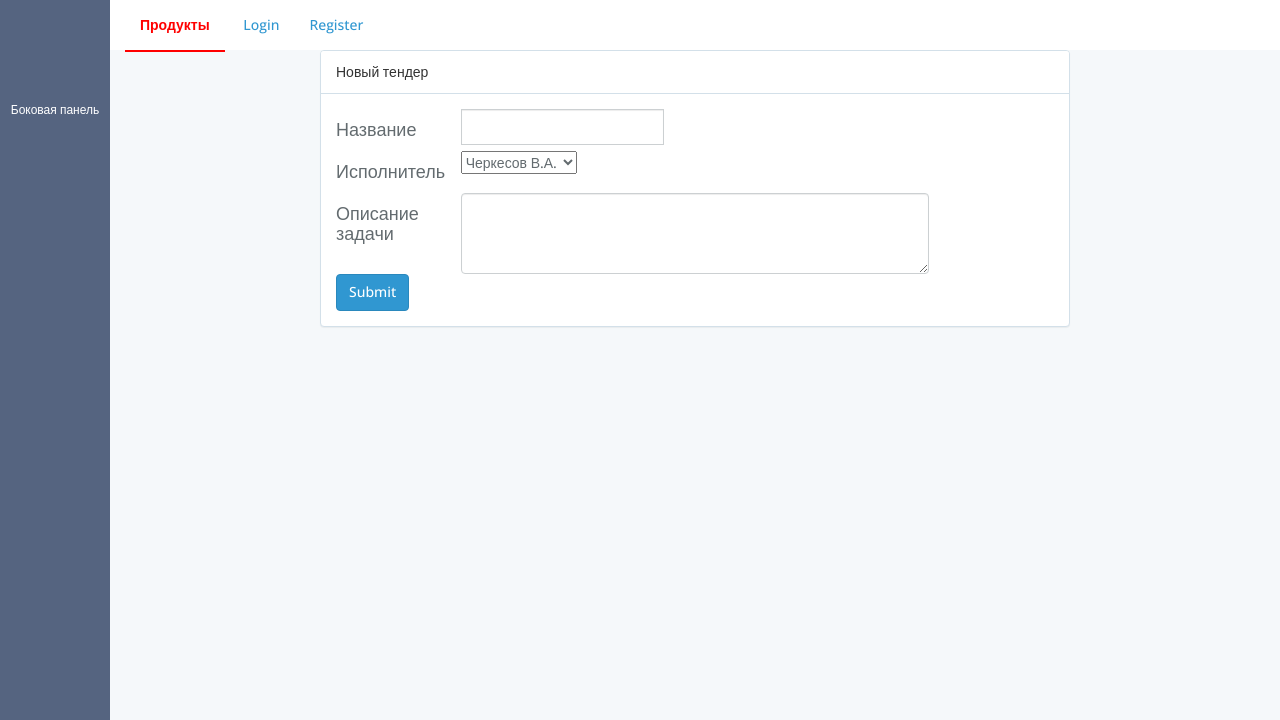
Repository: blackjack043/laravel-crud
Page: http://localhost/page2
An editor plug-in stored every save of this project. The page is shown before and after the next save, followed by the edit.
The browser window is 1280 px wide. The pictures show the whole page.
Some web fonts or font styles are not loaded; a fallback is used. The page is served by the project's Laravel application, run on PHP 8.4 with Laravel 8.

Above is the page before, as saved 2022-03-06 21:36:55.

After the next save:
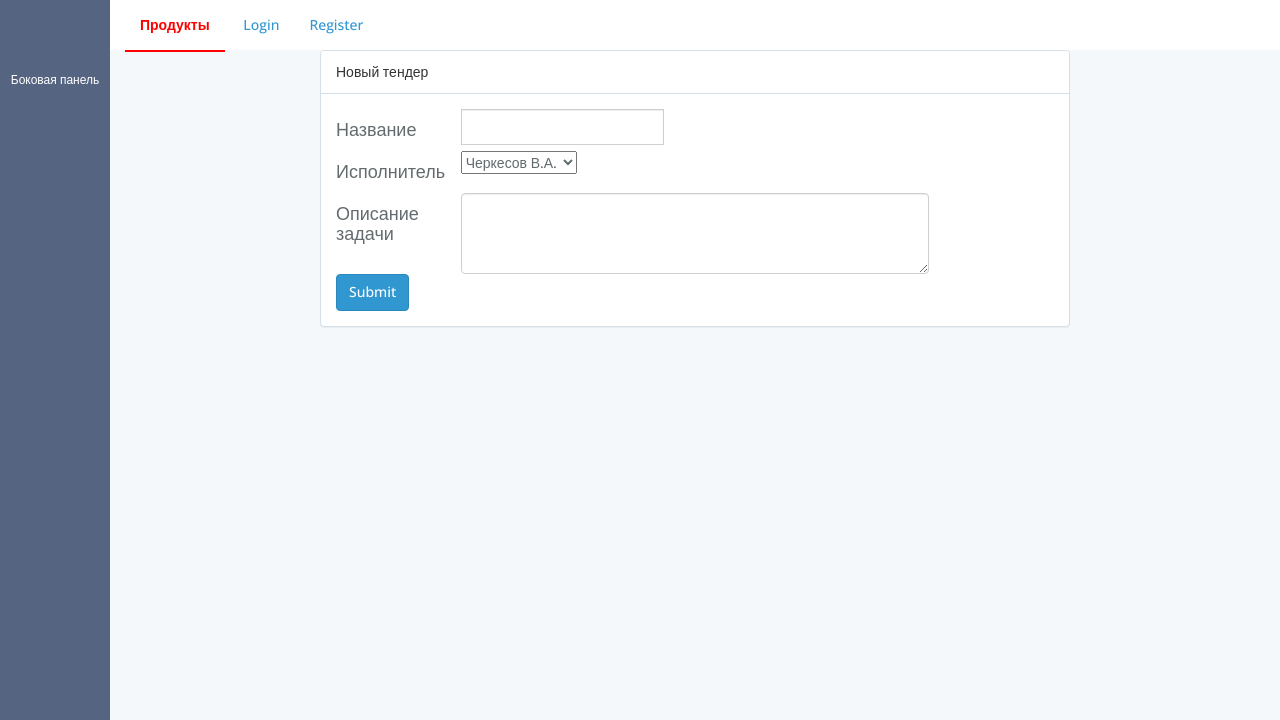
Saved 9 s later.
--- a/resources/views/layouts/app2.blade.php
+++ b/resources/views/layouts/app2.blade.php
@@ -24,7 +24,7 @@
 </head>
 <body style="font-family: 'Open Sans', sans-serif;">
     <div id="app" style="display: flex;">
-        <div style="width:200px; height:100vh;background: #556480;color: white; font-size: 12px;text-align: center; padding-top:100px" >Боковая панель</div>
+        <div style="width:200px; height:100vh;background: #556480;color: white; font-size: 12px;text-align: center; padding-top:70px" >Боковая панель</div>
         <div style="display:inline; ">
         <nav class="" style="height: 50px; background: white; color:#f5f5f5">
             <div class="container">
